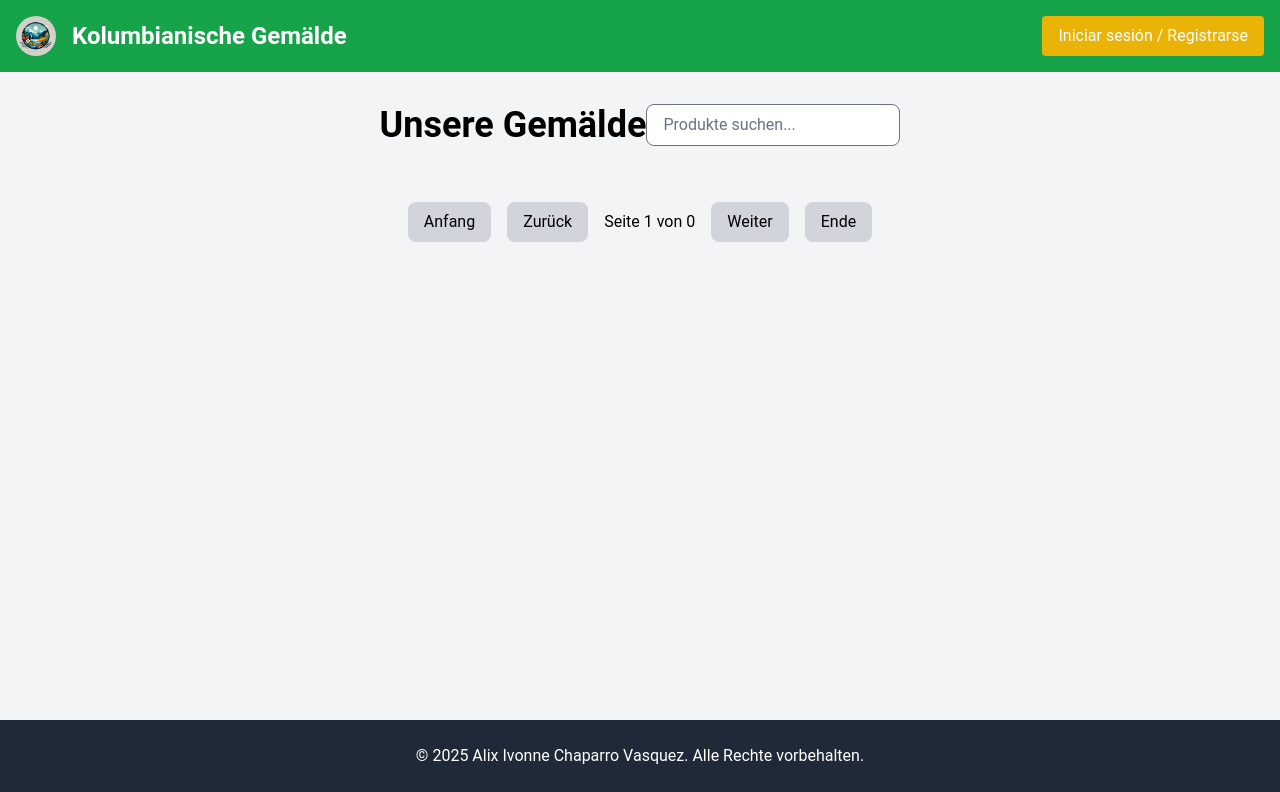
Repository: alixchaparrov/bilder-shop
Page: /
The author's editor kept a copy of each file at every save. The page is drawn from the files as they stood at one save, then again after a run of saves.
The browser window is 1280 px wide. The pictures show the whole page.
The page's requests for data from a server got no answer. The project was rebuilt for these pictures with package versions that can differ from the ones it lists, and the page was loaded fresh each time. The framework's server and built-in components were replaced by stand-ins that run in the browser. No one was signed in, and anything a server would have sent is missing. Also part of the build but not shown: next.config.ts, src/app/components/AuthModalContent.tsx, src/store/cartStore.ts, src/app/components/ProductCard.tsx.

Above is the page before, as saved 2025-01-04 12:44:16.

After the next 2 saves:
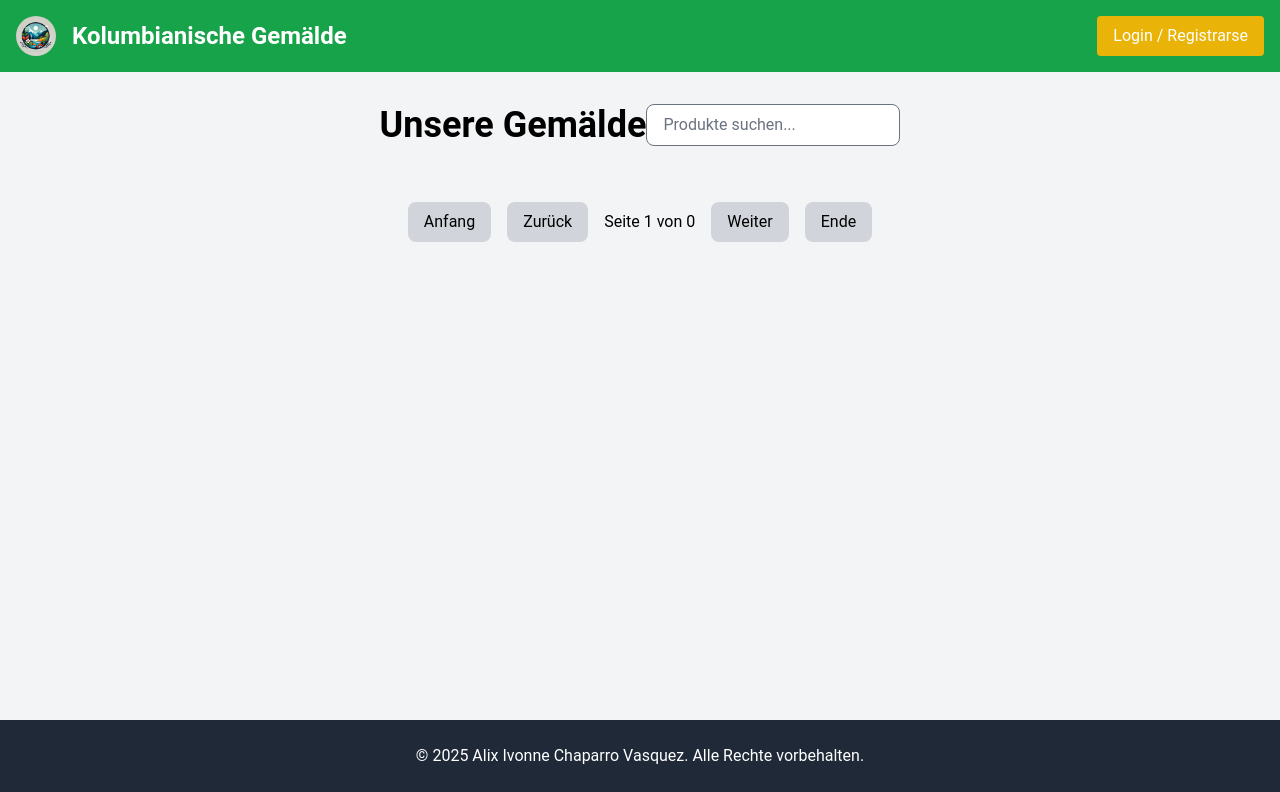
The 2 saves are shown as one change because they came seconds apart.
The last was saved 14 s later.
--- a/src/app/components/Navbar.tsx
+++ b/src/app/components/Navbar.tsx
@@ -49,7 +49,7 @@ const Navbar = () => {
               onClick={() => setIsModalOpen(true)}
               className="bg-yellow-500 hover:bg-yellow-600 text-white px-4 py-2 rounded"
             >
-              Iniciar sesión / Registrarse
+              Login / Registrarse
             </button>
           )}
         </div>
